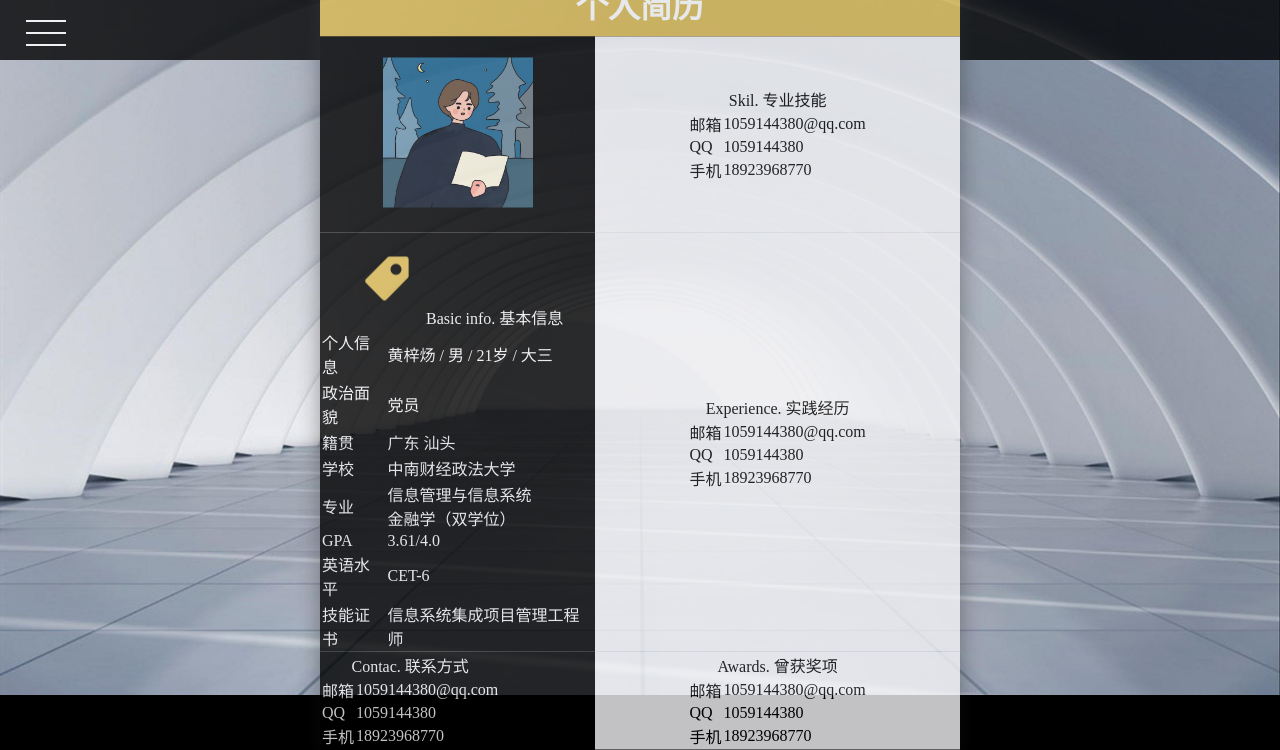
Repository: ustc-hzy/ziYang
Page: resume.html
These files come from the project's save history. The page is drawn as it stood at one moment and after the next save; the edit follows.
The browser window is 1280 px wide. The pictures show the whole page.

Above is the page before, as saved 2020-06-18 17:00:52.

After the next save:
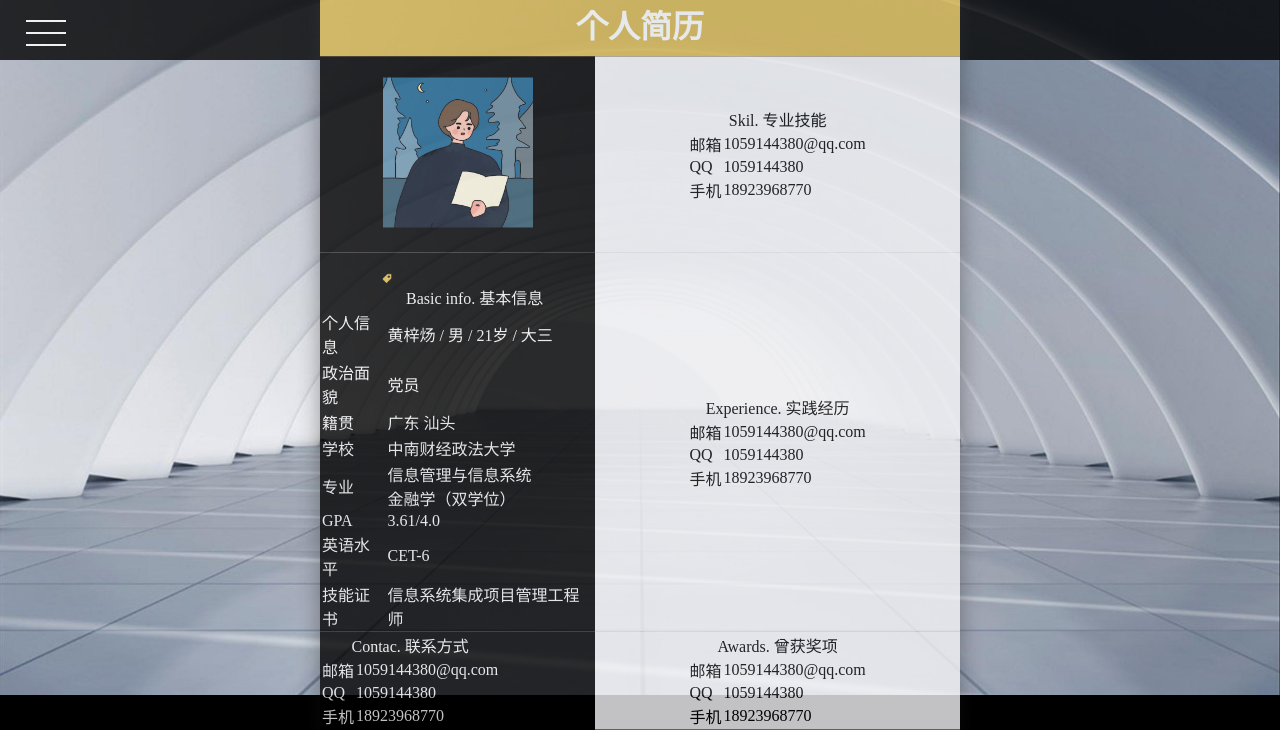
Saved 6 s later.
--- a/resume.html
+++ b/resume.html
@@ -63,7 +63,7 @@
                 <tr>
                     <td class="left-column" align="left">
                         <table>
-                            <caption class="small-table-title"><img src="img/label.png" width="50px"> <sapn>Basic info. 基本信息</sapn></caption>
+                            <caption class="small-table-title"><img src="img/label.png" width="10px"> <sapn>Basic info. 基本信息</sapn></caption>
                             <tr>
                                 <td>个人信息</td>
                                 <td>黄梓炀 / 男 / 21岁 / 大三</td>
